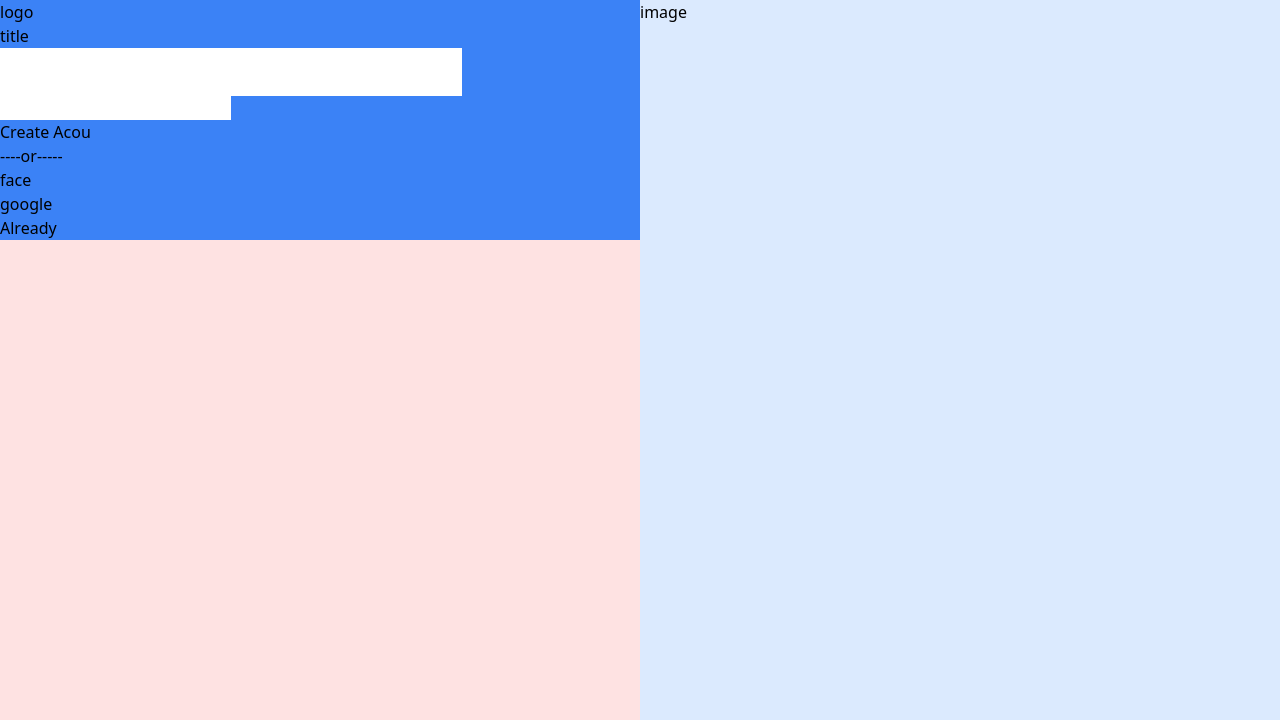
Repository: Abdibaye/Job-Sphere
Page: /
An editor plug-in stored every save of this project. The page is shown before and after the next save, followed by the edit.
The browser window is 1280 px wide. The pictures show the whole page.
The project was rebuilt for these pictures with package versions that can differ from the ones it lists, and the page was loaded fresh each time. Also part of the build but not shown: vite.config.js, src/components/navbar.jsx, src/components/search.jsx, src/components/job.jsx, src/components/feed.jsx, src/components/saved.jsx, src/components/filter.jsx, src/components/pagination.jsx and 2 more.

Above is the page before, as saved 2025-02-18 10:08:07.

After the next save:
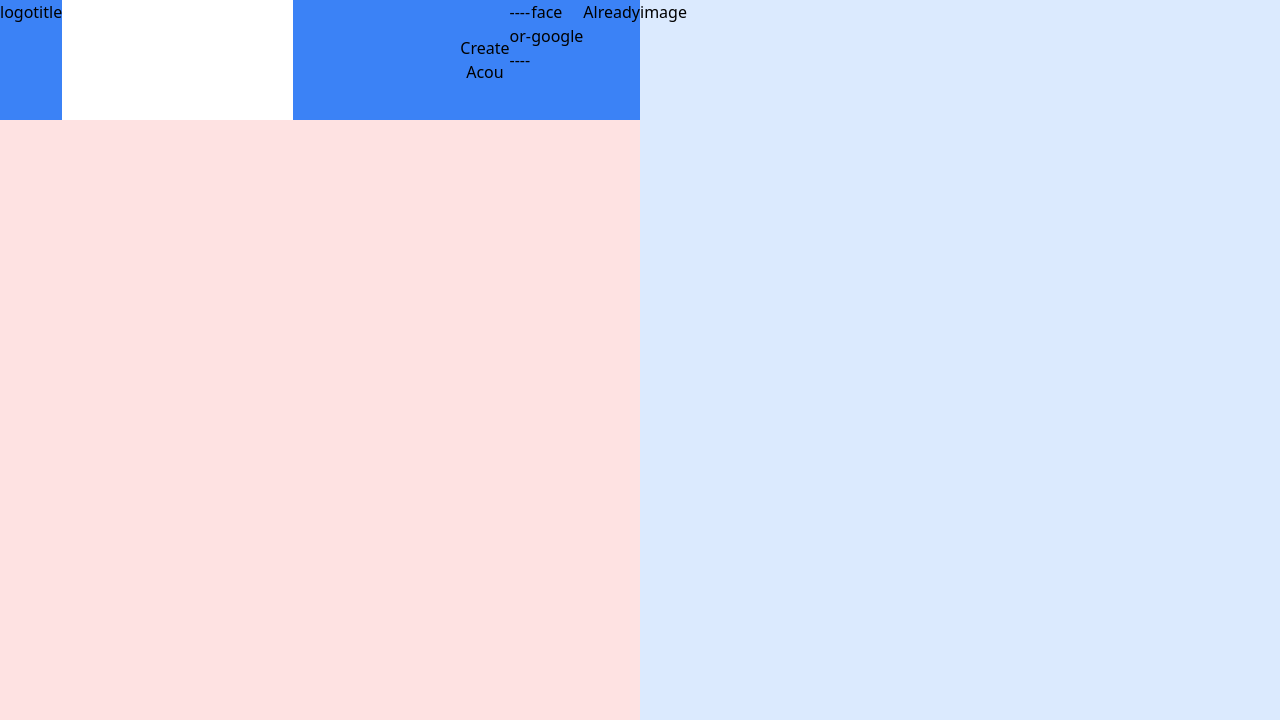
Saved 20 s later.
--- a/src/pages/Signup.jsx
+++ b/src/pages/Signup.jsx
@@ -6,7 +6,7 @@
     return(
         <div className="flex h-screen ">
             <div className="bg-red-100 w-1/2">
-              <div className="bg-blue-500">
+              <div className="flex bg-blue-500">
                  <div>logo</div>
                  <h1>title</h1>
                  <div>

After the save that followed:
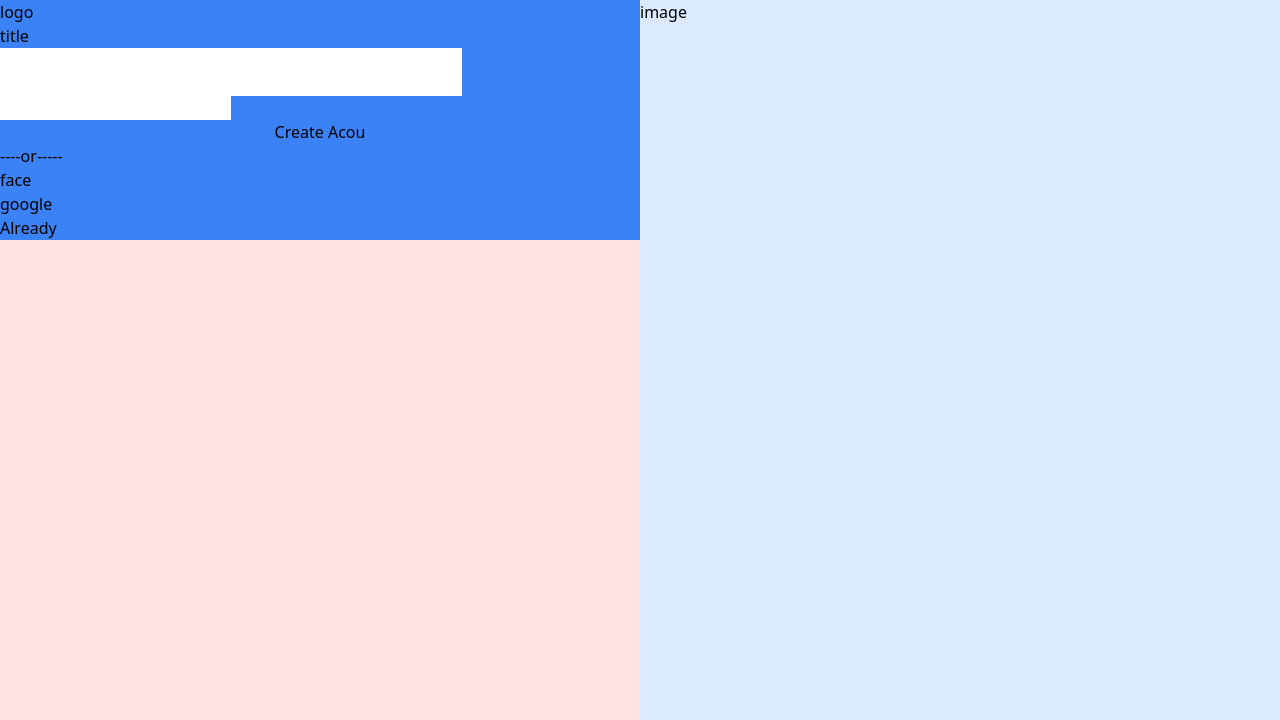
Saved 9 s later.
--- a/src/pages/Signup.jsx
+++ b/src/pages/Signup.jsx
@@ -6,7 +6,7 @@
     return(
         <div className="flex h-screen ">
             <div className="bg-red-100 w-1/2">
-              <div className="flex bg-blue-500">
+              <div className="flex flex-col bg-blue-500">
                  <div>logo</div>
                  <h1>title</h1>
                  <div>
